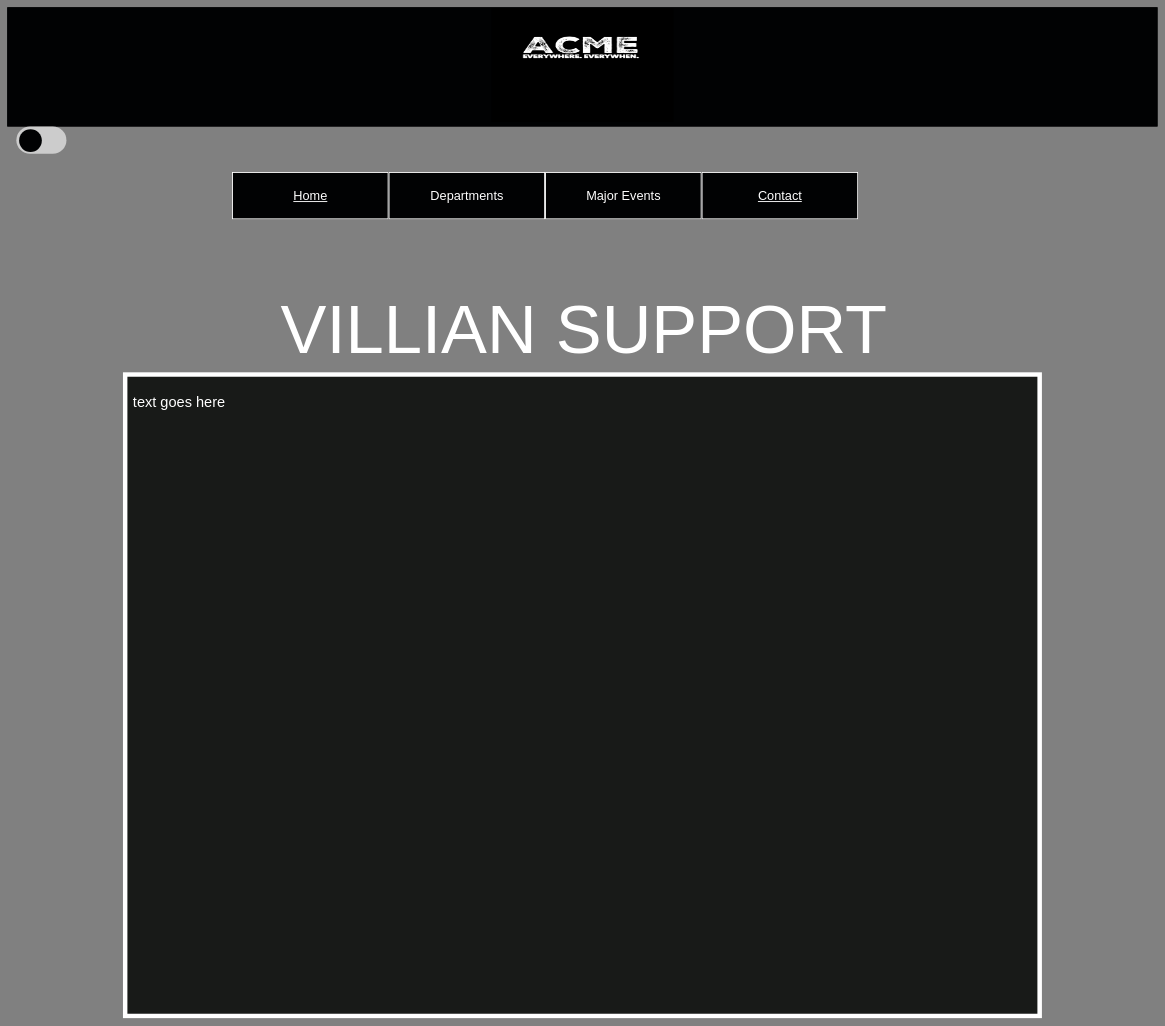
Repository: omega7379/omega7379.github.io
Page: heroSupport.html
An editor plug-in stored every save of this project. The page is shown before and after a run of saves, followed by the edit.
The browser window is 1280 px wide. The pictures show the whole page, at 91% of full size.

Above is the page before, as saved 2022-06-21 22:18:20.

### heroSupport.html
<!--created by Josip Bailey
Created 250122, Last Update 210622-->
<!DOCTYPE html>
<html lang="en">
    <body class="background">
        <header>
            <head>
                <!--meta data-->
                <meta charset="UTF-8">
                <meta http-equiv="X-UA-Compatible" content="IE=edge">
                <meta name="viewport" content="width=device-width, initial-scale=1.0">

                <!--tab title-->
                <title>ACME TIKTOK</title>
                <link rel="icon" href="acmeanvil.png">

                <!--import css-->
                <link id = "theme" rel="stylesheet" type="text/css" href="acmeStyleGuideDark.css">

            </head>

            <div class="top">
                <img src="acmelogo.png" alt="Homescreen Logo" width="200" height="125">
            </div>

        </header>
        <!--main scetion-->
        <main>
            <!--create toggle button to adjust switch colour-scheme-->
            <span class="toggle">
                <label class="switch" onclick="toggleTheme()">
                    <input type="checkbox">
                    <span class="slider"></span>
                </label>
            </span>

            <!--dropdown menu-->
            <div class="wrapper">
                <ul>
                    <li><a href="home.html">Home</a></li>
                    <li>Departments
                        <ul>
                            <li>Support
                                <ul>
                                    <li><a href="villianSupport.html">Villian Support</a></li>
                                    <li><a href="heroSupport.html">Hero Support</a></li>
                                    <li><a href="sidekickSupport.html">Sidekick Support</a></li>
                                    <li><a href="antiheroSupport.html">Antihero Support</a></li>
                                    <li><a href="memberSolutions.html">Member Solutions</a></li>
                                    <li><a href="itSupport.html">IT Support</a></li>
                                </ul>
                            </li>
                            <li>Corporate
                                <ul>
                                    <li><a href="corporate.html">Corporate</a></li>
                                    <li><a href="legal.html">Legal</a></li>
                                    <li><a href="collections.html">Collections</a></li>
                                    <li><a href="buildCrew.html">Build Crew</a></li>
                                    <li><a href="marketing.html">Marketing</a></li>
                                    <li><a href="communications.html">Communications</li>
                                    <li><a href="letters.html">Letters</a></li>
                                    <li><a href="humanResources.html">Human Resources</a></li>
                                    <li><a href="transportation.html">Transportation</a></li>
                                    <li><a href="publicRelations.html">Public Relations</a></li>
                                    <li><a href="evidenceDisposal.html">Evidence Disposal</a></li>
                                </ul>
                            </li>
                        </ul>
                    </li>
                    <li>Major Events
                        <ul>
                            <li><a href="borg.html">Borg Attack</a></li>
                            <li><a href="ork.html">Ork Invasion</a></li>
                            <li><a href="councilWar.html">Council War</a></li>
                            <li><a href="timeKeepers.html">Time Keepers</a></li>
                            <li><a href="TerryEscape.html">Terry's Escape</a></li>
                            <li><a href="hacked.html">The Hacker</a></li>
                        </ul>
                    </li>
                    <li><a href="contact.html">Contact</a></li>
                </ul>
            </div>
        </br></br></br>
            <div class="title">
                <p>VILLIAN SUPPORT</p>
            </div>
            <!--main table holding the contents of the page-->
            <div class="contentTable">
                <table>
                    <tr><td>
                        <!--contents of page go here-->
                        <p>
                            text goes here
                        </p>
                    </tr></td>
                </table>
            </div>
        </main>
        <script type="text/javascript" src="acmejs.js"></script>
    </body>
</html>

### acmeStyleGuideDark.css
/*CSS webpage dark mode ACME, created by Josip Bailey
created 170122, last update 170622*/

/*header styling applying black to expand image without stretching*/
div.top {
    border: 1px solid #010203;
    background-color: #010203;
    text-align: center;
    align-content: center;
}
.title{
    font-size: 2cm;
    margin: auto;
    text-align: center;
    align-content: center;
}

/*start of the toggle button might delete*/
div.toggle{
    position: absolute;
    top: 50%;
    left:50%;
    transform: translate(-50%,-50%);
    text-align: left;
}
.switch{
    position: relative;
    display: inline-block;
    width: 55px;
    height: 30px;
    margin: 0 10px;

}
.slider{
    position: absolute;
    cursor: pointer;
    top: 0;
    left: 0;
    right: 0;
    bottom: 0;
    background-color: #ccc;
    transition: 0.4s;
    border-radius: 18px;
}
.switch input {display: none;}
.slider:before{
    position: absolute;
    content:"";
    height: 25px;
    width: 25px;
    left: 2.5px;
    bottom: 2.5px;
    background-color: #010203;
    transition: 0.4s;
    border-radius: 25px;
}
input:checked + .slider{
    background-color: #ccc;
}

input:checked + .slider:before{
    transform: translateX(25px);
}
/*end of button styling*/

/*background*/
.background{
    background-color: grey;
}

/*adjust text*/
p{
    margin-bottom: 4px;
    margin-left: 3px;
    font-family: Arial, Helvetica, sans-serif;
    color: white;
}
.chapter{
    margin-bottom: 8px;
    font-family: Arial, Helvetica, sans-serif;
    color: white;
    font-size: 1cm;
    text-align: center;
}

/*contentTable styling*/
.contentTable{
    border: 5px solid white;
    background-color: #181A18;
    max-width: 1000px;
    margin: auto;
    height: 700px;
    overflow: scroll;
}
.contentTablePDF{
    border: 5px solid white;
    /*background-color: #181A18;*/
    max-width: 1000px;
    margin: auto;
    height: 700px;
}
::-webkit-scrollbar{
    width: 12px;
    height: 12px;
}
::-webkit-scrollbar-thumb {
    background: white;
    border-radius: 10px;
}
::-webkit-scrollbar-thumb:hover {
    background: crimson;
}

/*drop down menu*/
.wrapper{
    width: 850px;
    margin: auto;
}
.wrapper ul{
    list-style: none;
    margin-top: 5px;
}
.wrapper ul li{
    background: #010203;
    width: 170px;
    border: 1px solid white;
    height: 50px;
    line-height: 50px;
    text-align: center;
    float: left;
    color: white;
    font-size: 14px;
    position: relative;
    font-family: Arial, Helvetica, sans-serif;
}
.wrapper ul ul{
    display: none;
}
.wrapper ul li:hover{
    background: crimson;
}
/*not broken, just a FEATURE*/
.wrapper ul li:hover > ul{/*messing with padding here to increase mouse accuracy and drop alignment*/
    display: block;
    margin: 0 0 -10em -2em;
    padding: 0 0 -2em 2em;
    z-index: 1;
    position: relative;
}
.wrapper ul ul ul{
    margin-left: 136px;
    top: 0;
    position: absolute;
}
/*adjust hyperlink colours*/
a:link{
    color: white;
}
a:visited{
    color: white;
}
a:hover{
    color: black;
}

### acmejs.js
/*enable switch for css pages-->*/
function toggleTheme(){
    var theme = document.getElementsByTagName('link')[0];
    if (theme.getAttribute('href') == 'acmeStyleGuideDark.css'){
        theme.setAttribute('href', 'acmeStyleGuideLight.css');
    }
    else {
        theme.setAttribute('href', 'acmeStyleGuideDark.css');
    }
}

After the next 2 saves:
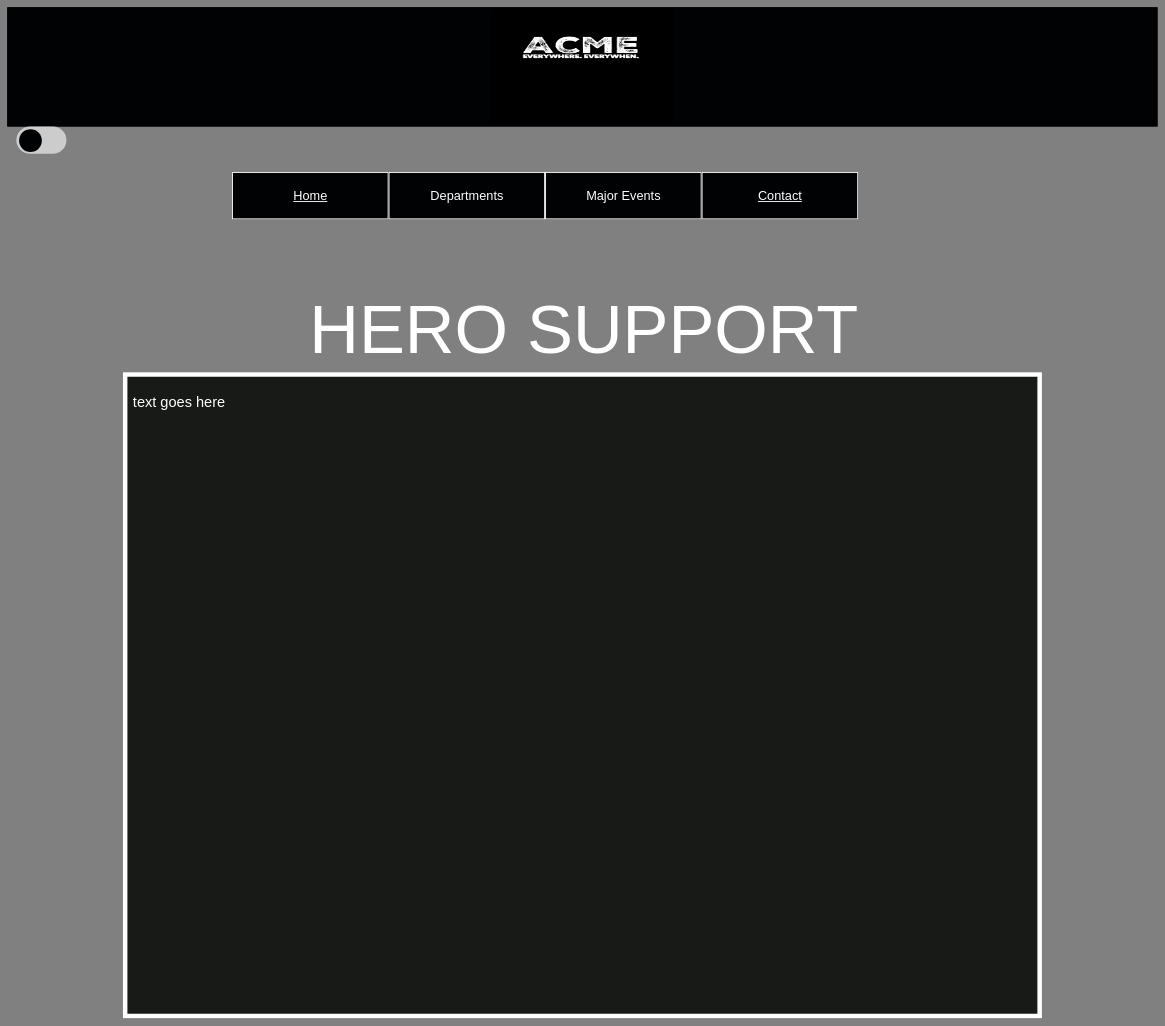
The 2 saves are shown as one change because they came seconds apart.
The last was saved 23 s later.
--- a/heroSupport.html
+++ b/heroSupport.html
@@ -82,7 +82,7 @@
             </div>
         </br></br></br>
             <div class="title">
-                <p>VILLIAN SUPPORT</p>
+                <p>HERO SUPPORT</p>
             </div>
             <!--main table holding the contents of the page-->
             <div class="contentTable">
